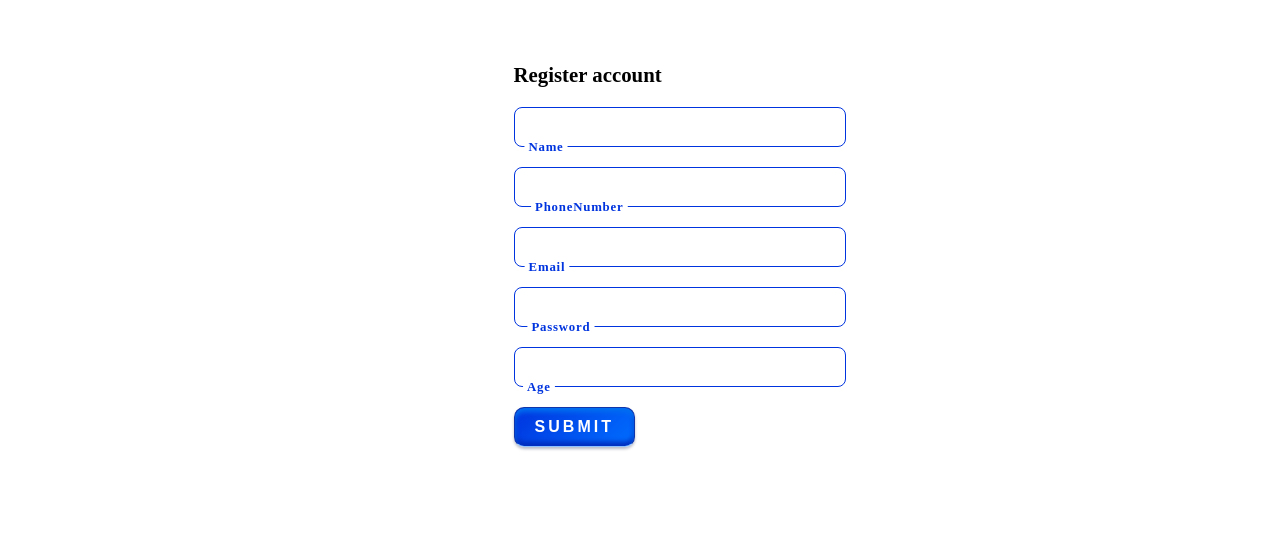
Repository: PeruriNaresh/Bank_Project
Page: http://localhost/bank_project/register.jsp
The author's editor kept a copy of each file at every save. The page is drawn from the files as they stood at one save, then again after the next save.
The browser window is 1280 px wide. The pictures show the whole page.
The page is served by Tomcat 9. Other server files are loaded and not shown.

Above is the page before, as saved 2024-10-24 13:04:42.

### bank_project/src/main/webapp/register.jsp
<%@ page language="java" contentType="text/html; charset=UTF-8"
    pageEncoding="UTF-8"%>
<!DOCTYPE html>
<html>
<head>
<meta charset="UTF-8">
<title>Insert title here</title>
</head>
<style>
/* From Uiverse.io by Spacious74 */
.container {
  width:500px;
  height:400px;
  margin-left:40%;
  margin-top:5%;
}

.container .heading {
  font-size: 1.3rem;
  margin-bottom: 20px;
  font-weight: bolder;
}

.form {
  max-width: 300px;
  display: flex;
  flex-direction: column;
  gap: 20px;
}

.form .btn-container {
  width: 100%;
  display: flex;
  align-items: center;
  gap: 20px;
}

.form .btn {
  padding: 10px 20px;
  font-size: 1rem;
  text-transform: uppercase;
  letter-spacing: 3px;
  border-radius: 10px;
  border: solid 1px #1034aa;
  border-bottom: solid 1px #90c2ff;
  background: linear-gradient(135deg, #0034de, #006eff);
  color: #fff;
  font-weight: bolder;
  transition: all 0.2s ease;
  box-shadow: 0px 2px 3px #000d3848, inset 0px 4px 5px #0070f0,
    inset 0px -4px 5px #002cbb;
}

.form .btn:active {
  box-shadow: inset 0px 4px 5px #0070f0, inset 0px -4px 5px #002cbb;
  transform: scale(0.995);
}

.input-field {
  position: relative;
}

.input-field label {
  position: absolute;
  color: #8d8d8d;
  pointer-events: none;
  background-color: transparent;
  left: 15px;
  transform: translateY(0.6rem);
  transition: all 0.3s ease;
}

.input-field input {
  padding: 10px 15px;
  font-size: 1rem;
  border-radius: 8px;
  border: solid 1px #8d8d8d;
  letter-spacing: 1px;
  width: 100%;
}

.input-field input:focus,
.input-field input:valid {
  outline: none;
  border: solid 1px #0034de;
}

.input-field input:focus ~ label,
.input-field input:valid ~ label {
  transform: translateY(-51%) translateX(-10px) scale(0.8);
  background-color: #fff;
  padding: 0px 5px;
  color: #0034de;
  font-weight: bold;
  letter-spacing: 1px;
  border: none;
  border-radius: 100px;
}

.form .passicon {
  cursor: pointer;
  font-size: 1.3rem;
  position: absolute;
  top: 6px;
  right: 8px;
}

.form .close {
  display: none;
}

</style>
<body>
<div class="container">
  <div class="heading">Register account</div>
  <form class="form" action="">
    <div class="input-field">
      <input type="text" name="lname" id="name"/>
      <label for="name">Name</label>
    </div>
    <div class="input-field">
      <input type="number" name="phone" id="phone"/>
      <label for="phone">PhoneNumber</label>
    </div>
    <div class="input-field">
      <input type="email" name="email" id="email"/>
      <label for="email">Email</label>
    </div>
    <div class="input-field">
      <input type="password" name="password"  id="password"/>
      <label for="username">Password</label>
    </div>
    <div class="input-field">
      <input type="text" name="age" id="age"/>
      <label for="age">Age</label>
    </div>

     <div class="btn-container">
      <button class="btn">Submit</button>

    </div>
  </form>
</div>

</body>
</html>

After the next save:
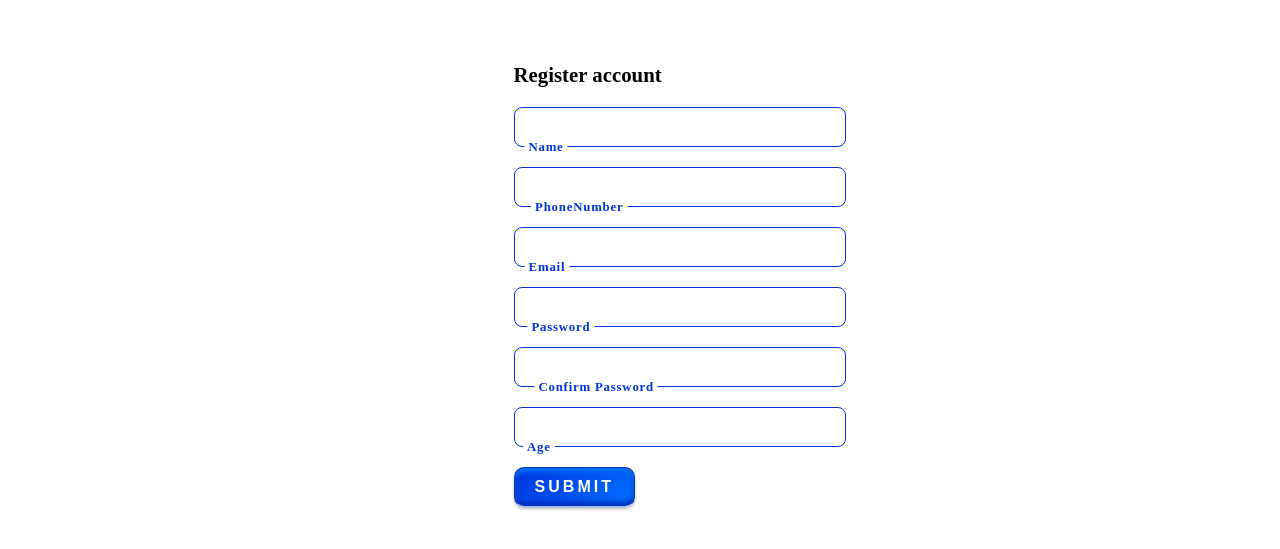
Saved 60 s later.
--- a/bank_project/src/main/webapp/register.jsp
+++ b/bank_project/src/main/webapp/register.jsp
@@ -115,7 +115,7 @@
   <div class="heading">Register account</div>
   <form class="form" action="">
     <div class="input-field">
-      <input type="text" name="lname" id="name"/>
+      <input type="text" name="name" id="name"/>
       <label for="name">Name</label>
     </div>
     <div class="input-field">
@@ -131,6 +131,10 @@
       <label for="username">Password</label>
     </div>
     <div class="input-field">
+      <input type="text" name="confirm" id="confirm"/>
+      <label for="confirm">Confirm Password</label>
+    </div>
+    <div class="input-field">
       <input type="text" name="age" id="age"/>
       <label for="age">Age</label>
     </div>
